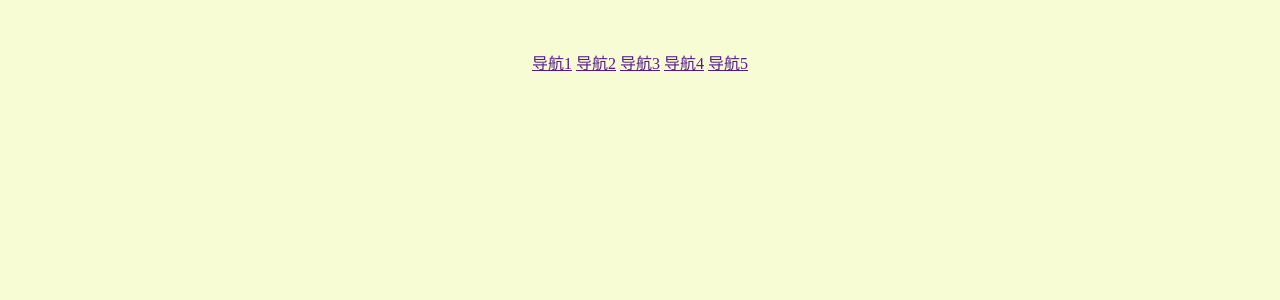
Repository: KaibutsuSama/CodePracticeExample
Page: Html5+Css3/Css3/02.背景属性/06.按钮例子.html
These files come from the project's save history. The page is drawn as it stood at one moment and after a run of saves; the edit follows.
The browser window is 1280 px wide. The pictures show the whole page.

Above is the page before, as saved 2023-01-29 22:02:35.

After the next 2 saves:
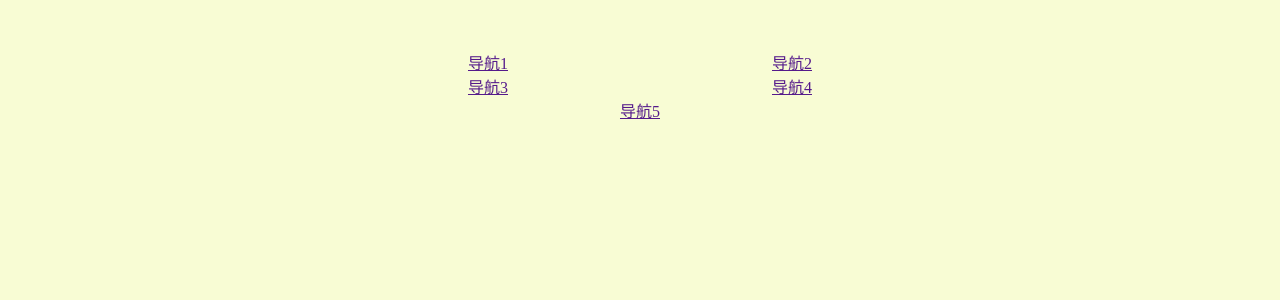
The 2 saves are shown as one change because they came seconds apart.
The last was saved 12 s later.
--- a/Html5+Css3/Css3/02.背景属性/06.按钮例子.html
+++ b/Html5+Css3/Css3/02.背景属性/06.按钮例子.html
@@ -24,7 +24,10 @@
             margin: 0 auto;
         }
 
-
+        .nav a{
+            display: inline-block;
+            width: 300px;
+        }
 
 
     </style>
